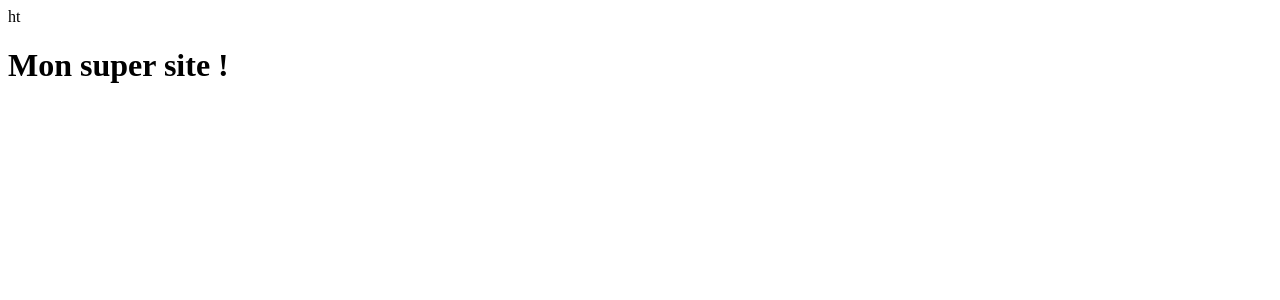
Repository: fbansept/ran4_24
Page: index.html
These files come from the project's save history. The page is drawn as it stood at one moment and after the next save; the edit follows.
The browser window is 1280 px wide. The pictures show the whole page.

Above is the page before, as saved 2024-10-22 10:54:36.

### index.html
ht



<h1>Mon super site !</h1>


<script>



</script>

After the next save:
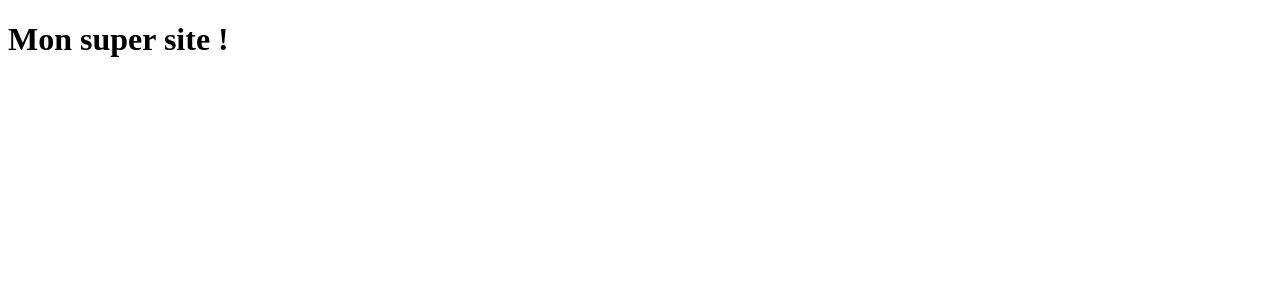
Saved 4 s later.
--- a/index.html
+++ b/index.html
@@ -1,4 +1,14 @@
-ht
+<!DOCTYPE html>
+<html lang="en">
+<head>
+    <meta charset="UTF-8">
+    <meta name="viewport" content="width=device-width, initial-scale=1.0">
+    <title>Document</title>
+</head>
+<body>
+
+</body>
+</html>
 
 
 
